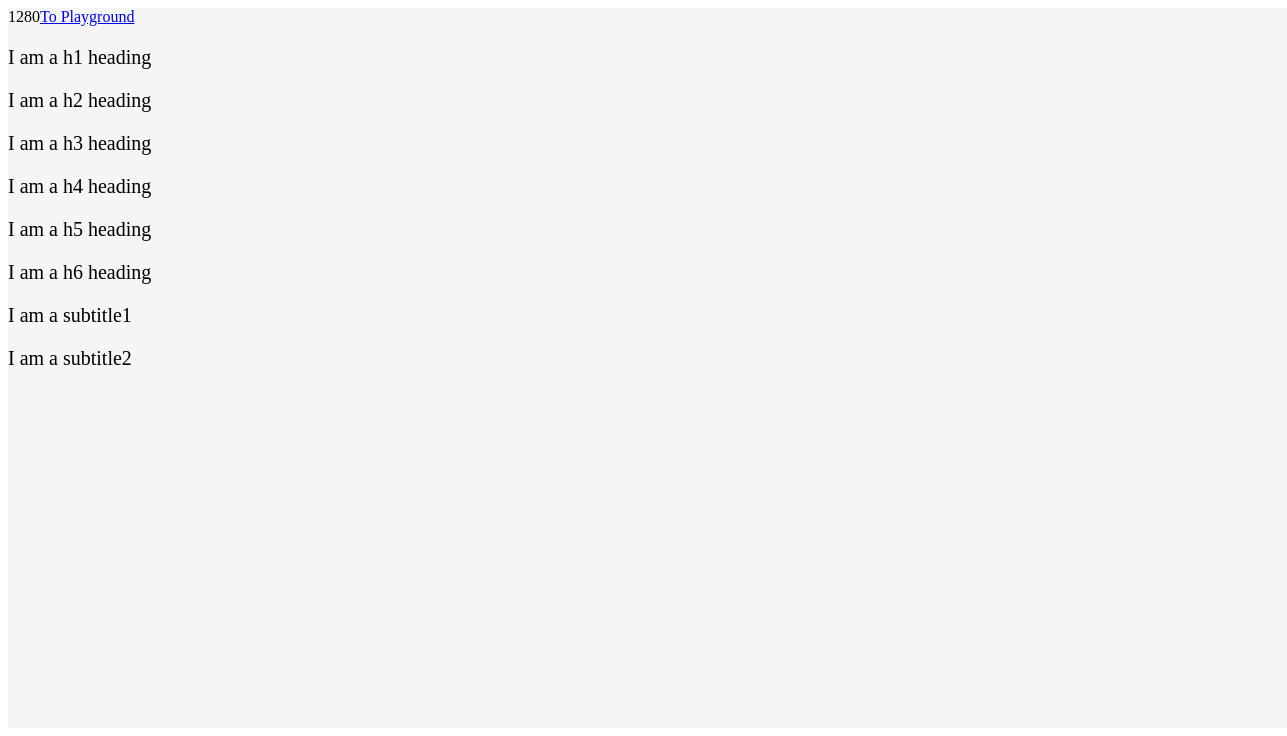
Repository: Terrycoco/coco-playground-starter
Page: /
The author's editor kept a copy of each file at every save. The page is drawn from the files as they stood at one save, then again after the next save.
The browser window is 1280 px wide. The page is 1287 px wide, so the pictures cover 1287 px, including what lies to the right of the window. The pictures show the whole page.
Some web fonts or font styles are not loaded; a fallback is used. The project was rebuilt for these pictures with package versions that can differ from the ones it lists, and the page was loaded fresh each time. The framework's server and built-in components were replaced by stand-ins that run in the browser. Also part of the build but not shown: next.config.js, src/dev/components/dropdowns/ColorDropdown.js, src/dev/components/dropdowns/FontDropdown.js, src/dev/components/dropdowns/Dropdown.js.

Above is the page before, as saved 2023-02-16 14:14:25.

### src/pages/_app.js
import "@/styles/globals.css";
import Head from "next/head";
import { ThemeProvider, ViewportProvider } from "@/context";
import "../libraries/fontawesome";
import { fontVariables } from "@/utils/fonts";
import CSSVariables from "@/styles/CSSVariables";

export default function App({ Component, pageProps }) {
  return (
    <div className={fontVariables}>
      <ViewportProvider>
        <ThemeProvider key="themeprovider">
          <CSSVariables>
            <Head>
              <meta
                name="viewport"
                content="width=device-width, initial-scale=1.0"
              />
            </Head>

            <Component {...pageProps} />
          </CSSVariables>
        </ThemeProvider>
      </ViewportProvider>
    </div>
  );
}

### src/pages/index.js
import Head from "next/head";
import Image from "next/image";
import { Inter } from "@next/font/google";
import Link from "next/link";
import Page from "@/components/layout/Page";
//import styles from "@/styles/Home.module.css";

import { ColorDropdown } from "@/dev/components/dropdowns";

const inter = Inter({ subsets: ["latin"] });

export default function Home() {
  return (
    <>
      <Head>
        <title>Create Next App</title>
        <meta name="description" content="Generated by create next app" />
        <meta name="viewport" content="width=device-width, initial-scale=1" />
        <link rel="icon" href="/favicon.ico" />
      </Head>
      <main>
        <Page>
          <Link
            type="button"
            className="inline-block px-6 py-2.5 bg-blue-600 text-white font-medium text-xs leading-tight uppercase rounded shadow-md hover:bg-blue-700 hover:shadow-lg focus:bg-blue-700 focus:shadow-lg focus:outline-none focus:ring-0 active:bg-blue-800 active:shadow-lg transition duration-150 ease-in-out"
            href="/playground"
          >
            To Playground
          </Link>
          <section style={{ maxWidth: "600px" }}>
            <p key={Math.random()} elem="h1">
              I am a h1 heading
            </p>

            <p key={Math.random()} elem="h2">
              I am a h2 heading
            </p>
            <p key={Math.random()} elem="h3">
              I am a h3 heading
            </p>
            <p key={Math.random()} elem="h4">
              I am a h4 heading
            </p>

            <p key={Math.random()} elem="h5">
              I am a h5 heading
            </p>
            <p key={Math.random()} elem="h6">
              I am a h6 heading
            </p>
            <p key={Math.random()} elem="subtitle1">
              I am a subtitle1
            </p>
            <p key={Math.random()} elem="subtitle2">
              I am a subtitle2
            </p>
          </section>
        </Page>
      </main>
    </>
  );
}

### src/styles/globals.css
h1 {
  font-size: calc(2em * var(--text-multiplier, 1));
}

p {
  font-size: calc(1em * var(--text-multiplier, 1));
}

@media (min-width: 480px) {
  :root {
    --text-multiplier: 1.25;
  }
}

/* :root {
  --max-width: 1100px;
  --border-radius: 12px;
  --font-mono: ui-monospace, Menlo, Monaco, "Cascadia Mono", "Segoe UI Mono",
    "Roboto Mono", "Oxygen Mono", "Ubuntu Monospace", "Source Code Pro",
    "Fira Mono", "Droid Sans Mono", "Courier New", monospace;

  --foreground-rgb: 0, 0, 0;
  --background-start-rgb: 214, 219, 220;
  --background-end-rgb: 255, 255, 255;

  --primary-glow: conic-gradient(
    from 180deg at 50% 50%,
    #16abff33 0deg,
    #0885ff33 55deg,
    #54d6ff33 120deg,
    #0071ff33 160deg,
    transparent 360deg
  );
  --secondary-glow: radial-gradient(
    rgba(255, 255, 255, 1),
    rgba(255, 255, 255, 0)
  );

  --tile-start-rgb: 239, 245, 249;
  --tile-end-rgb: 228, 232, 233;
  --tile-border: conic-gradient(
    #00000080,
    #00000040,
    #00000030,
    #00000020,
    #00000010,
    #00000010,
    #00000080
  );

  --callout-rgb: 238, 240, 241;
  --callout-border-rgb: 172, 175, 176;
  --card-rgb: 180, 185, 188;
  --card-border-rgb: 131, 134, 135;
}

@media (prefers-color-scheme: dark) {
  :root {
    --foreground-rgb: 255, 255, 255;
    --background-start-rgb: 0, 0, 0;
    --background-end-rgb: 0, 0, 0;

    --primary-glow: radial-gradient(rgba(1, 65, 255, 0.4), rgba(1, 65, 255, 0));
    --secondary-glow: linear-gradient(
      to bottom right,
      rgba(1, 65, 255, 0),
      rgba(1, 65, 255, 0),
      rgba(1, 65, 255, 0.3)
    );

    --tile-start-rgb: 2, 13, 46;
    --tile-end-rgb: 2, 5, 19;
    --tile-border: conic-gradient(
      #ffffff80,
      #ffffff40,
      #ffffff30,
      #ffffff20,
      #ffffff10,
      #ffffff10,
      #ffffff80
    );

    --callout-rgb: 20, 20, 20;
    --callout-border-rgb: 108, 108, 108;
    --card-rgb: 100, 100, 100;
    --card-border-rgb: 200, 200, 200;
  }
}

* {
  box-sizing: border-box;
  padding: 0;
  margin: 0;
}

html,
body {
  max-width: 100vw;
  overflow-x: hidden;
}

body {
  color: rgb(var(--foreground-rgb));
  background: linear-gradient(
      to bottom,
      transparent,
      rgb(var(--background-end-rgb))
    )
    rgb(var(--background-start-rgb));
}

a {
  color: inherit;
  text-decoration: none;
}

@media (prefers-color-scheme: dark) {
  html {
    color-scheme: dark;
  }
} */

### src/context/index.js
import { ThemeProvider } from "./ThemeContext";
import { ViewportProvider } from "./ViewportContext";

module.exports = { ThemeProvider, ViewportProvider };

### src/libraries/fontawesome.js
// import the library
import { library, config } from "@fortawesome/fontawesome-svg-core";

//import your icons
import { faSquare } from "@fortawesome/free-solid-svg-icons";

config.autoAddCss = false;

library.add(
  faSquare
  // more icons go here
);

### src/utils/fonts.js
import { toCamelCase, isOneOf } from "@/utils/strings";

//import from @next/font
import {
  Raleway,
  Inter,
  Space_Mono,
  Playfair_Display,
  Nunito,
  Rubik,
  Work_Sans,
  Quicksand,
  Karla,
  Josefin_Sans,
  //Noto_Sans_Bengali,
  Lora,
  Bitter,
  Roboto_Serif,
  //Noto_Serif_Bengali,
  // Noto_Sans_Display,
  // Noto_Serif_Display,
  Roboto_Mono,
  Comfortaa,
  Open_Sans,
  Oleo_Script,
  Sansita_Swashed,
  Roboto_Flex,
  Montserrat,
} from "@next/font/google";

//load each font (must do this manually UNFORTUNATELY!!!!)
const raleway = Raleway({
  subsets: ["latin"],
  variable: "--font-raleway",
});
const inter = Inter({
  subsets: ["latin"],
  variable: "--font-inter",
});
const spaceMono = Space_Mono({
  subsets: ["latin"],
  variable: "--font-space-mono",
  weight: "400",
});
const playfairDisplay = Playfair_Display({
  subsets: ["latin"],
  variable: "--font-playfair-display",
});
const nunito = Nunito({
  subsets: ["latin"],
  variable: "--font-nunito",
});
const rubik = Rubik({
  subsets: ["latin"],
  variable: "--font-rubik",
});
const workSans = Work_Sans({
  subsets: ["latin"],
  variable: "--font-work-sans",
});
const quicksand = Quicksand({
  subsets: ["latin"],
  variable: "--font-quicksand",
});
const karla = Karla({
  subsets: ["latin"],
  variable: "--font-karla",
});
const josefinSans = Josefin_Sans({
  subsets: ["latin"],
  variable: "--font-josefin-sans",
});
// const notoSansBengali = Noto_Sans_Bengali({
//   subsets: ["latin"],
//   variable: "--font-noto-sans-bengali",
// });
const lora = Lora({
  subsets: ["latin"],
  variable: "--font-lora",
});
const bitter = Bitter({
  subsets: ["latin"],
  variable: "--font-bitter",
});
const robotoSerif = Roboto_Serif({
  subsets: ["latin"],
  variable: "--font-roboto-serif",
});
// const notoSerifBengali = Noto_Serif_Bengali({
//   subsets: ["latin"],
//   variable: "--font-noto-serif-bengali",
// });

// const notoSansDisplay = Noto_Sans_Display({
//   subsets: ["latin"],
//   variable: "--font-noto-sans-display",
// });
// const notoSerifDisplay = Noto_Serif_Display({
//   subsets: ["latin"],
//   variable: "--font-noto-serif-display",
// });
const robotoMono = Roboto_Mono({
  subsets: ["latin"],
  variable: "--font-roboto_mono",
});
const comfortaa = Comfortaa({
  subsets: ["latin"],
  variable: "--font-comfortaa",
});
const openSans = Open_Sans({
  subsets: ["latin"],
  variable: "--font-open_sans",
});
const oleoScript = Oleo_Script({
  subsets: ["latin"],
  variable: "--font-oleo-script",
  weight: "400",
});
const sansitaSwashed = Sansita_Swashed({
  subsets: ["latin"],
  variable: "--font-sansita-swashed",
});
const robotoFlex = Roboto_Flex({
  subsets: ["latin"],
  variable: "--font-roboto-flex",
});
const montserrat = Montserrat({
  subsets: ["latin"],
  variable: "--font-montserrat",
});

//add the result to font list so we can access
const fonts = {
  raleway: {
    category: ["sans"],
    name: "Raleway",
    config: raleway,
  },
  inter: {
    category: ["sans"],
    name: "Inter",
    config: inter,
  },
  spaceMono: {
    category: ["mono"],
    name: "Space Mono",
    config: spaceMono,
  },
  playfairDisplay: {
    category: ["display"],
    name: "Playfair Display",
    config: playfairDisplay,
  },

  nunito: {
    category: ["sans"],
    name: "Nunito",
    config: nunito,
  },

  rubik: {
    category: ["sans"],
    name: "Rubik",
    config: rubik,
  },

  workSans: {
    category: ["sans"],
    name: "Work Sans",
    config: workSans,
  },
  quicksand: {
    category: ["sans"],
    name: "Quicksand",
    config: quicksand,
  },

  karla: {
    category: ["sans"],
    name: "Karla",
    config: karla,
  },
  josefinSans: {
    category: ["sans"],
    name: "Josefin Sans",
    config: josefinSans,
  },
  // notoSansBengali: {
  //   category: ["sans"],
  //   name: "Noto Sans Bengali",
  //   config: notoSansBengali,
  // },
  lora: {
    category: ["serif"],
    name: "Lora",
    config: lora,
  },
  bitter: {
    category: ["serif"],
    name: "Bitter",
    config: bitter,
  },
  robotoSerif: {
    category: ["serif"],
    name: "Roboto Serif",
    config: robotoSerif,
  },

  // notoSerifBengali: {
  //   category: ["serif"],
  //   name: "Noto Serif Bengali",
  //   config: notoSerifBengali,
  // },
  // notoSansDisplay: {
  //   category: ["display"],
  //   name: "Noto Sans Display",
  //   config: notoSansDisplay,
  // },
  // notoSerifDisplay: {
  //   category: ["display"],
  //   name: "Noto Serif Display",
  //   config: notoSerifDisplay,
  // },
  robotoMono: {
    category: ["mono"],
    name: "Roboto Mono",
    config: robotoMono,
  },
  comfortaa: {
    category: ["display"],
    name: "Comfortaa",
    config: comfortaa,
  },
  openSans: {
    category: ["display", "sans"],
    name: "Open Sans",
    config: openSans,
  },
  oleoScript: {
    category: ["display", "special"],
    name: "Oleo Script",
    config: oleoScript,
  },
  sansitaSwashed: {
    category: ["display", "special"],
    name: "Sansita Swashed",
    config: sansitaSwashed,
  },
  robotoFlex: {
    category: ["sans", "display", "special"],
    name: "Roboto Flex",
    config: robotoFlex,
  },
  montserrat: {
    category: ["sans", "display", "special"],
    name: "Montserrat",
    config: montserrat,
  },
};

//just return variables for use in _app (dev only)
const allFontVariables = () => {
  let result = ` `;
  for (const font in fonts) {
    result += `${fonts[font].config.variable} `;
  }
  return result;
};

//just return variables for use in _app (dev only)
const allFontClassNames = () => {
  let result = ` `;
  for (const font in fonts) {
    result += `${fonts[font].config.className} `;
  }
  return result;
};

const getFontsByCategory = () => {
  let result = {
    sans: [],
    serif: [],
    display: [],
    mono: [],
    special: [],
  };

  const fontKeys = Object.keys(fonts);

  fontKeys.forEach((fontkey) => {
    let fontObj = fonts[fontkey];

    for (const cat in fontObj.category) {
      let category = fontObj.category[cat];

      result[category].push(fontObj.name);
    }
  });

  result.sans.sort();
  result.serif.sort();
  result.display.sort();
  result.mono.sort();
  result.special.sort();
  // console.log("font list:", result);
  return result;
};

const getFontByName = (name) => {
  let varname = name.replace(" ", "");
  let key = varname[0].toLowerCase() + varname.substring(1);
  let obj = fonts[key];
  return obj;
};

const getFontClassName = (name) => {
  let obj = getFontByName(name);
  if (typeof obj === "object") {
    console.log(name, " classname:", obj.config.className);
    return obj.config.className;
  } else {
    return "";
  }
};

const getFontVariable = (name) => {
  let str = name.replaceAll(" ", "-").toLowerCase();
  return `var(--font-${str})`;
};

const getFontNameFromVar = (variable = "") => {
  if (variable.length === 0) return;
  let str = variable.slice(11, variable.length - 1);

  // TODO: futureproof list of theme categories
  if (isOneOf(str, ["body", "display", "special", "mono"])) {
    return str;
  }

  let words = str.split("-");
  words = words.map((word) => {
    return word[0].toUpperCase() + word.substring(1);
  });

  return words.join(" ");
};

const fontVariables = allFontVariables();
const fontClassNames = allFontClassNames();

export {
  getFontsByCategory,
  fontVariables,
  fontClassNames,
  fonts,
  getFontByName,
  getFontClassName,
  getFontVariable,
  getFontNameFromVar,
};

### src/styles/CSSVariables.js
//to create global CSS variables dependent on Theme
import styled from "styled-components";
import { useTheme } from "@/hooks";
import { fontVariables, getFontVariable } from "@/utils/fonts";

//TODO MAKE THIS DYNAMIC LOADING OF FONT CATEGORIES?
const Vars = styled.div`
  --font-body: ${(props) => props.theme.fonts.body};
  --font-display: ${(props) => props.theme.fonts.display};
  --font-special: ${(props) => props.theme.fonts.special};
  --font-mono: ${(props) => props.theme.fonts.mono};
  --clr-primary: ${(props) => props.theme.colors.primary};
  --clr-blackish75: ${(props) => props.theme.colors.blackish75};
`;

const CSSVariables = (props) => {
  const { theme } = useTheme();
  return <Vars theme={theme}>{props.children}</Vars>;
};

export default CSSVariables;

### src/components/layout/Page.js
import styled from "styled-components";
import { useTheme, useViewport } from "@/hooks";

let StyledPage = styled.div`
  min-height: 100vh;
  width: calc(100vw - 1px);
  overflow-x: hidden;
  overflow-y: auto;
  z-index: 0;
  background-color: white;
`;

const Page = (props) => {
  const { theme } = useTheme();
  const { width } = useViewport();
  const breakpoint = 620;

  return (
    <StyledPage
      style={theme.layout.page}
      {...props}
      onClick={(e) =>
        props.onClick ? props.onClick(e, "layout", "page") : null
      }
    >
      {width}
      {props.children}
    </StyledPage>
  );
};

export default Page;

### src/dev/components/dropdowns/index.js
import ColorDropdown from "./ColorDropdown";
import FontDropdown from "./FontDropdown";
import Dropdown from "./Dropdown";

module.exports = { ColorDropdown, FontDropdown, Dropdown };

### src/context/ThemeContext.js
import { createContext, useState, useContext } from "react";
import { initVariants } from "@/dev/utils/colorUtils";
import { currentTheme as mytheme } from "@/themes";

//create context object with defaults
export const ThemeContext = createContext({
  theme: {},
  setTheme: () => {},
});

//export Provider
export function ThemeProvider(props) {
  const setTheme = (theme) => {
    setState({ ...state, theme: theme });
  };
  const initState = {
    theme: initVariants(mytheme),
    setTheme: setTheme,
  };

  const [state, setState] = useState(initState);
  // console.log("initialTheme: , ", state);
  return (
    <ThemeContext.Provider value={state}>
      {props.children}
    </ThemeContext.Provider>
  );
}

//export useContext hook
export function useTheme() {
  return useContext(ThemeContext);
}

### src/context/ViewportContext.js
import { useContext, createContext, useState, useEffect } from "react";

export const viewportContext = createContext({});

export const ViewportProvider = ({ children }) => {
  const [width, setWidth] = useState(0); //avoid window not defined error

  const handleWindowResize = () => {
    setWidth(window.innerWidth);
  };

  useEffect(() => {
    //lets set initial size here
    setWidth(window.innerWidth);
    //and listen for changes
    window.addEventListener("resize", handleWindowResize);

    return () => window.removeEventListener("resize", handleWindowResize);
  }, []);

  return (
    <viewportContext.Provider value={{ width }}>
      {children}
    </viewportContext.Provider>
  );
};

export const useViewport = () => {
  const { width } = useContext(viewportContext);
  return { width };
};

### src/utils/strings.js
export function toCamelCase(str) {
  return str
    .split(" ")
    .map(function (word, index) {
      // If it is the first word make sure to lowercase all the chars.
      if (index == 0) {
        return word.toLowerCase();
      }
      // If it is not the first word only upper case the first char and lowercase the rest.
      return word.charAt(0).toUpperCase() + word.slice(1).toLowerCase();
    })
    .join("");
}

export function isOneOf(yourString, arrayToSearch) {
  return arrayToSearch.some((substring) => yourString.includes(substring));
}

### src/hooks/index.js
import useTheme from "@/hooks/useTheme";
import useViewport from "@/hooks/useViewport";

module.exports = { useTheme, useViewport };

### src/dev/utils/colorUtils.js
const getPctOfHex = (hex, pct) => {
  //incoming pct is pct opacity of orig color
  let inverted = 100 - pct;
  //convert incoming to hsl
  let hsl = hexToHSL(hex);

  //current lightness is 0%;
  let currentLightPct = hsl.l;
  let remainingLightPct = 100 - currentLightPct;
  let onepct = remainingLightPct / 100;
  let desiredPct = onepct * inverted + currentLightPct;
  let result = HSLToHex(hsl.h, hsl.s, desiredPct);
  return result;
};

function hexToHSL(H) {
  // Convert hex to RGB first
  let r = 0,
    g = 0,
    b = 0;
  if (H.length == 4) {
    r = "0x" + H[1] + H[1];
    g = "0x" + H[2] + H[2];
    b = "0x" + H[3] + H[3];
  } else if (H.length == 7) {
    r = "0x" + H[1] + H[2];
    g = "0x" + H[3] + H[4];
    b = "0x" + H[5] + H[6];
  }
  // Then to HSL
  r /= 255;
  g /= 255;
  b /= 255;
  let cmin = Math.min(r, g, b),
    cmax = Math.max(r, g, b),
    delta = cmax - cmin,
    h = 0,
    s = 0,
    l = 0;

  if (delta == 0) h = 0;
  else if (cmax == r) h = ((g - b) / delta) % 6;
  else if (cmax == g) h = (b - r) / delta + 2;
  else h = (r - g) / delta + 4;

  h = Math.round(h * 60);

  if (h < 0) h += 360;

  l = (cmax + cmin) / 2;
  s = delta == 0 ? 0 : delta / (1 - Math.abs(2 * l - 1));
  s = +(s * 100).toFixed(1);
  l = +(l * 100).toFixed(1);

  return { h: h, s: s, l: l };
}

function HSLToHex(h, s, l) {
  s /= 100;
  l /= 100;

  let c = (1 - Math.abs(2 * l - 1)) * s,
    x = c * (1 - Math.abs(((h / 60) % 2) - 1)),
    m = l - c / 2,
    r = 0,
    g = 0,
    b = 0;

  if (0 <= h && h < 60) {
    r = c;
    g = x;
    b = 0;
  } else if (60 <= h && h < 120) {
    r = x;
    g = c;
    b = 0;
  } else if (120 <= h && h < 180) {
    r = 0;
    g = c;
    b = x;
  } else if (180 <= h && h < 240) {
    r = 0;
    g = x;
    b = c;
  } else if (240 <= h && h < 300) {
    r = x;
    g = 0;
    b = c;
  } else if (300 <= h && h < 360) {
    r = c;
    g = 0;
    b = x;
  }
  // Having obtained RGB, convert channels to hex
  r = Math.round((r + m) * 255).toString(16);
  g = Math.round((g + m) * 255).toString(16);
  b = Math.round((b + m) * 255).toString(16);

  // Prepend 0s, if necessary
  if (r.length == 1) r = "0" + r;
  if (g.length == 1) g = "0" + g;
  if (b.length == 1) b = "0" + b;

  return "#" + r + g + b;
}

const updateVariants = (category, passedtheme) => {
  let newtheme = Object.assign({}, passedtheme);
  //just reset theme variants for one base
  let hex = passedtheme.colors[category];
  let keys = [75, 50, 25, 10, 5];

  if (!newtheme.hasOwnProperty("colorVariants")) {
    newtheme.colorVariants = {};
  }

  let variantsObj = newtheme.colorVariants;

  keys.forEach((key) => {
    let val = getPctOfHex(hex, key);
    let newkey = `${category}${key}`;
    variantsObj[newkey] = val;
  });

  //passedtheme.colors[category] = variants;
  // console.log("variants updated: ", newtheme);
  return newtheme;
};

export const initVariants = (passedtheme) => {
  // let newtheme = Object.assign({}, passedtheme);

  const myColors = Object.keys(passedtheme.colors);
  let newtheme;

  for (const idx in myColors) {
    let category = myColors[idx];
    //not for error or whitish
    if (category !== "error" && category !== "whitish") {
      newtheme = updateVariants(category, passedtheme);
    }
  } //end for

  //console.log("variants initialized", newtheme);
  return newtheme;
};

### src/themes/index.js
import learn from "./learn.js";

let currentTheme = learn;

module.exports = { currentTheme };

### src/hooks/useTheme.js
import { useTheme } from "@/context/ThemeContext";

export default useTheme;

### src/hooks/useViewport.js
import { useViewport } from "@/context/ViewportContext";

export default useViewport;

### src/themes/learn.js
export const screens = {
  xs: 0,
  mobile: "var(--lg-mobile)",
  tablet: "var(--tablet)",
  laptop: "var(--laptop)",
  desktop: "var(--desktop)",
  tv: "var(--tv)",
};

export const colors = {
  primary: "#fc3a79",
  secondary: "#fe572e",
  blackish: "#261f22",
  whitish: "#f5f5f4",
  error: "#dc2626",
};

export const colorVariants = {};

export const fonts = {
  body: "var(--font-montserrat)",
  display: "var(--font-josefin-sans)",
  special: "var(--font-oleo-script)",
  mono: "var(--font-space-mono)",
};

export const text = {
  h1: {
    color: colors.blackish,
    fontFamily: "var(--font-display)",
    fontSize: "6.063rem",
    fontWeight: "lighter",
    lineHeight: 1,
    letterSpacing: "-1.5px",
    wordSpacing: "-5px",
  },
  h2: {
    color: colors.blackish,
    fontFamily: "var(--font-display)",
    fontSize: "6.1rem",
    fontWeight: "lighter",
    lineHeight: 1.1,
    letterSpacing: "-0.5px",
  },
  h3: {
    color: colors.blackish,
    fontFamily: "var(--font-display)",
    fontSize: "4.8rem",
    fontWeight: "normal",
    lineHeight: 1.4,
    letterSpacing: 0,
  },
  h4: {
    color: colors.blackish,
    fontFamily: "var(--font-display)",
    fontSize: "3.4rem",
    fontWeight: "normal",
    lineHeight: 1.4,
    letterSpacing: ".25px",
  },
  h5: {
    color: colors.blackish,
    fontFamily: "var(--font-display)",
    fontSize: "2.4rem",
    fontWeight: "normal",
    lineHeight: 1.4,
    letterSpacing: 0,
  },
  h6: {
    color: colors.blackish,
    fontFamily: "var(--font-display)",
    fontSize: "2rem",
    fontWeight: "medium",
    lineHeight: 1.4,
    letterSpacing: ".15px",
  },
  subtitle1: {
    color: colors.blackish,
    fontFamily: "var(--font-display)",
    fontSize: "1.6rem",
    fontWeight: "normal",
    lineHeight: 1.4,
    letterSpacing: ".15px",
  },
  subtitle2: {
    color: colors.blackish,
    fontFamily: "var(--font-display)",
    fontSize: "1.4rem",
    fontWeight: "medium",
    lineHeight: 1.4,
    letterSpacing: ".1px",
  },
};

export const layout = {
  page: {
    backgroundColor: colors.whitish,
  },
};

let theme = { screens, colors, colorVariants, fonts, text, layout };

export default theme;

Loaded but not shown: src/pages/_document.js (common file)

After the next save:
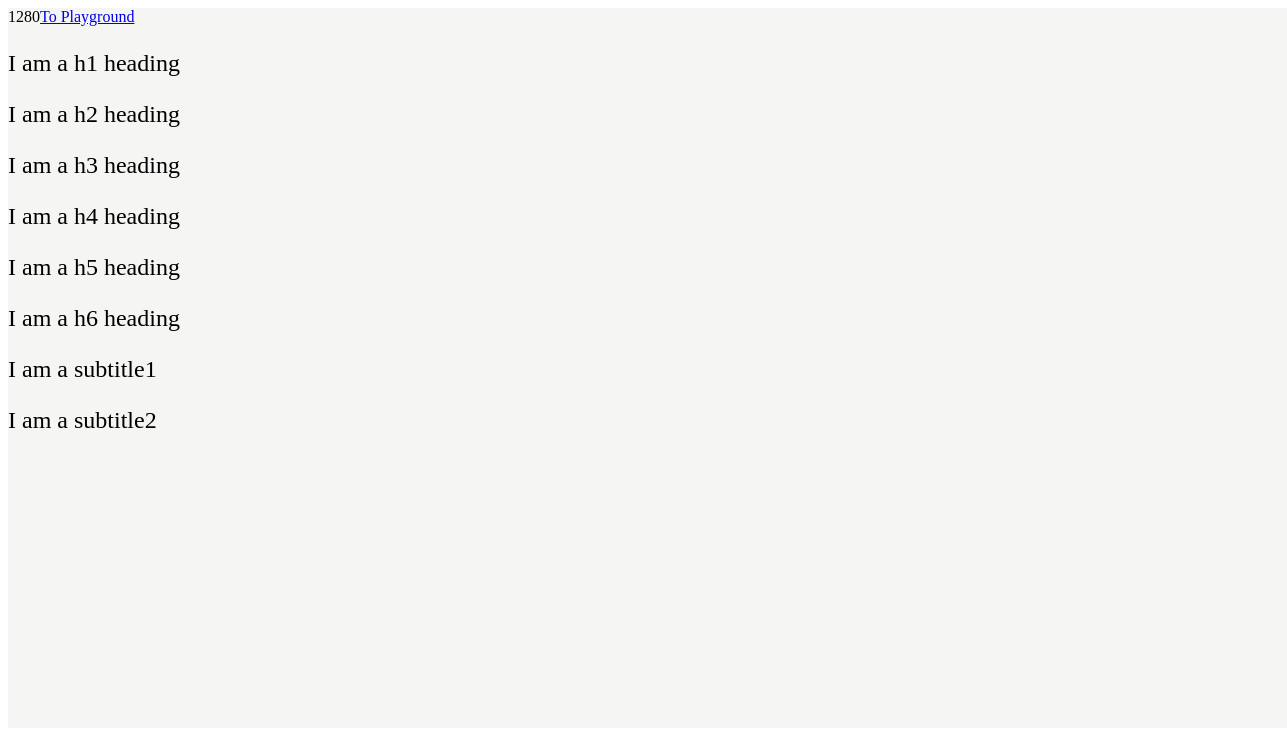
Saved 43 s later.
--- a/src/styles/globals.css
+++ b/src/styles/globals.css
@@ -9,6 +9,12 @@ p {
 @media (min-width: 480px) {
   :root {
     --text-multiplier: 1.25;
+  }
+}
+
+@media (min-width: 640px) {
+  :root {
+    --text-multiplier: 1.5;
   }
 }
 
